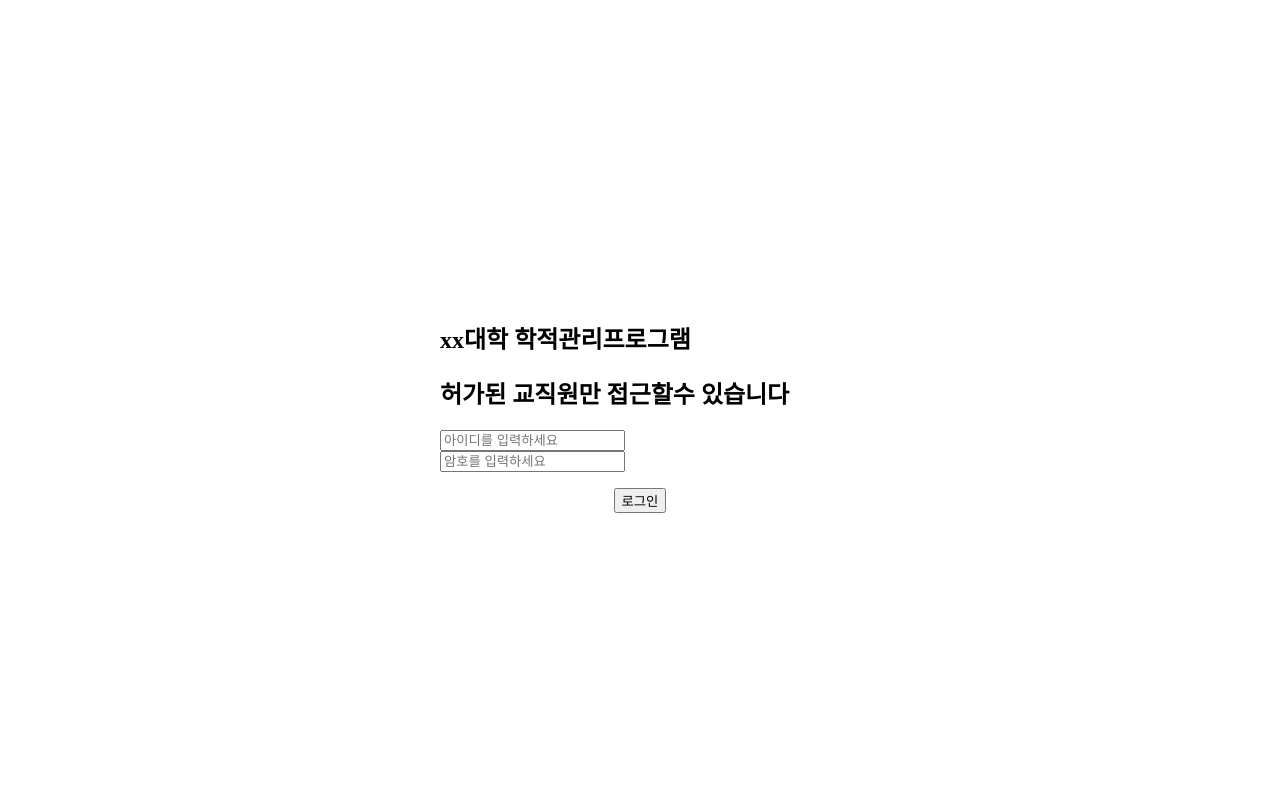
Repository: KangJinSol/jsp
Page: http://localhost/StudentProject/university_login.jsp
The author's editor kept a copy of each file at every save. The page is drawn from the files as they stood at one save, then again after the next save.
The browser window is 1280 px wide. The pictures show the whole page.
The page is served by Tomcat 9. Other server files are loaded and not shown.

Above is the page before, as saved 2021-01-22 09:37:13.

### jsp/StudentProject/WebContent/university_login.jsp
<%@ page language="java" contentType="text/html; charset=UTF-8"
    pageEncoding="UTF-8"%>
<!DOCTYPE html>
<html>
<head>
<meta charset="UTF-8">
<title>로그인</title>
<style>
.container{
	width:400px;
	margin:100px auto;
	height: 600px;
	padding-top:200px;
	box-sizing: border-box;
}
label{
	width:100px;
	display:inline-block;
	text-align: right;
	padding-right:10px;
}
p{
	text-align: center;
}
</style>
</head>
<body>

	<div class="container">
		<h2>xx대학 학적관리프로그램</h2>
		<h2>허가된 교직원만 접근할수 있습니다</h2>
		<form method="post" action="login.do">
			<input type="text" name="id" id="id" placeholder="아이디를 입력하세요"><br>
			<input type="password" name="pass" id="sabun" placeholder="암호를 입력하세요"><br>
			<p>
			<button type="submit">로그인</button>
			</p>
		</form>
	</div>

</body>
</html>

After the next save:
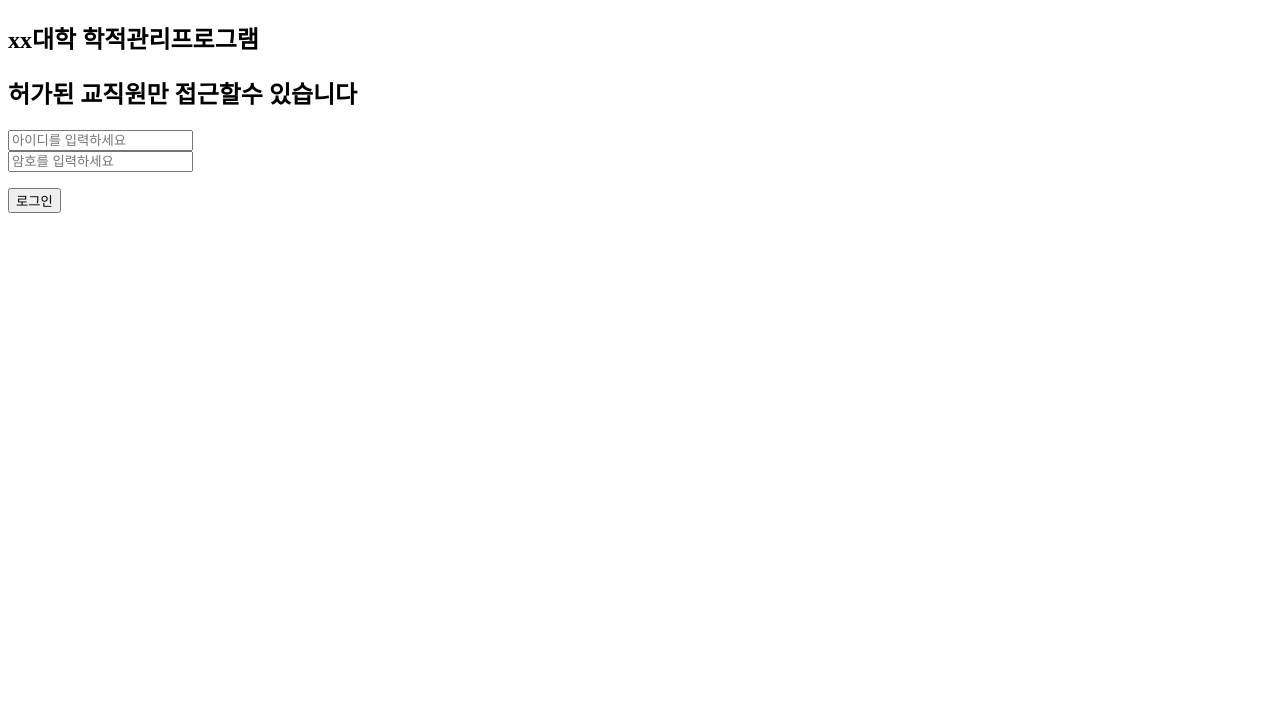
Saved 79 s later.
--- a/jsp/StudentProject/WebContent/university_login.jsp
+++ b/jsp/StudentProject/WebContent/university_login.jsp
@@ -5,24 +5,6 @@
 <head>
 <meta charset="UTF-8">
 <title>로그인</title>
-<style>
-.container{
-	width:400px;
-	margin:100px auto;
-	height: 600px;
-	padding-top:200px;
-	box-sizing: border-box;
-}
-label{
-	width:100px;
-	display:inline-block;
-	text-align: right;
-	padding-right:10px;
-}
-p{
-	text-align: center;
-}
-</style>
 </head>
 <body>
 
